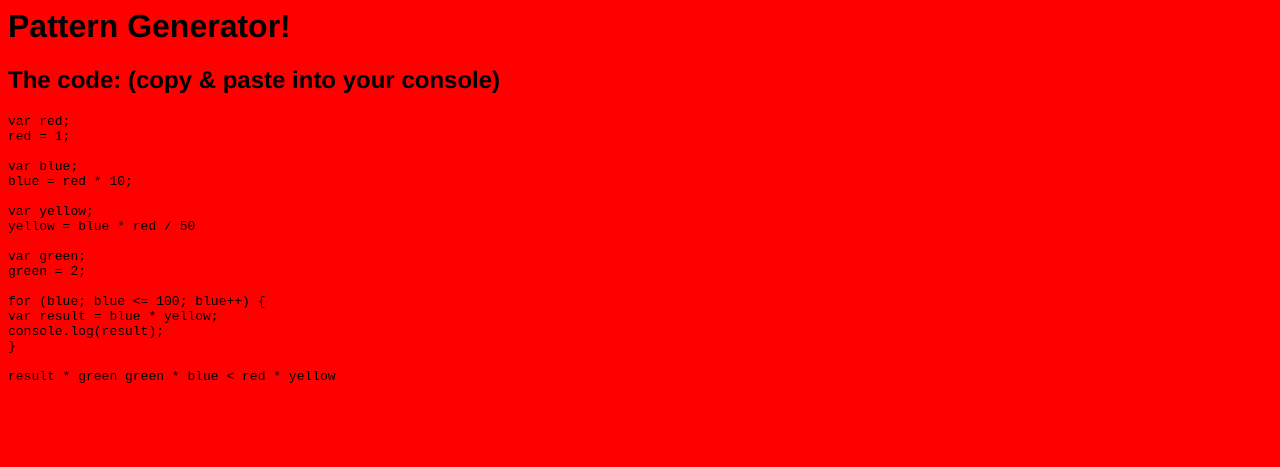
Repository: simonekurtz/simonekurtz.github.io
Page: 4ASGN_JAVA1/index.html
The author's editor kept a record of every edit. The page is drawn from the files as they stood at one moment, then again after the next edit.
The browser window is 1280 px wide. The pictures show the whole page.

Above is the page before.

After the next edit:
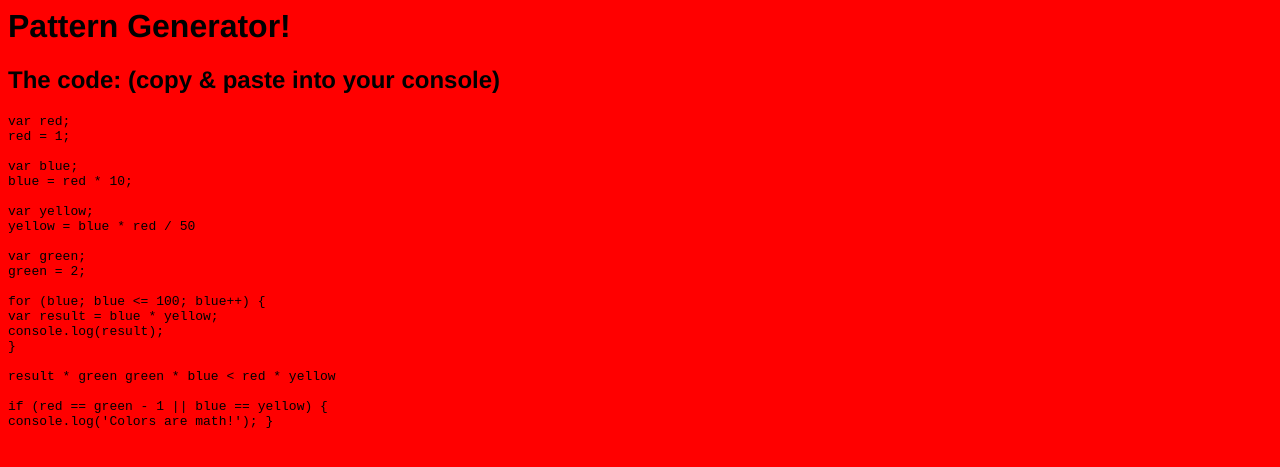
The edit:
--- a/4ASGN_JAVA1/index.html
+++ b/4ASGN_JAVA1/index.html
@@ -32,6 +32,11 @@
             <br>
                 result * green
                 green * blue < red * yellow
+            <br>
+            <br>
+            if (red == green - 1 || blue == yellow) {<br>
+               console.log('Colors are math!');
+}
             </code>
         </p>
     </body>
